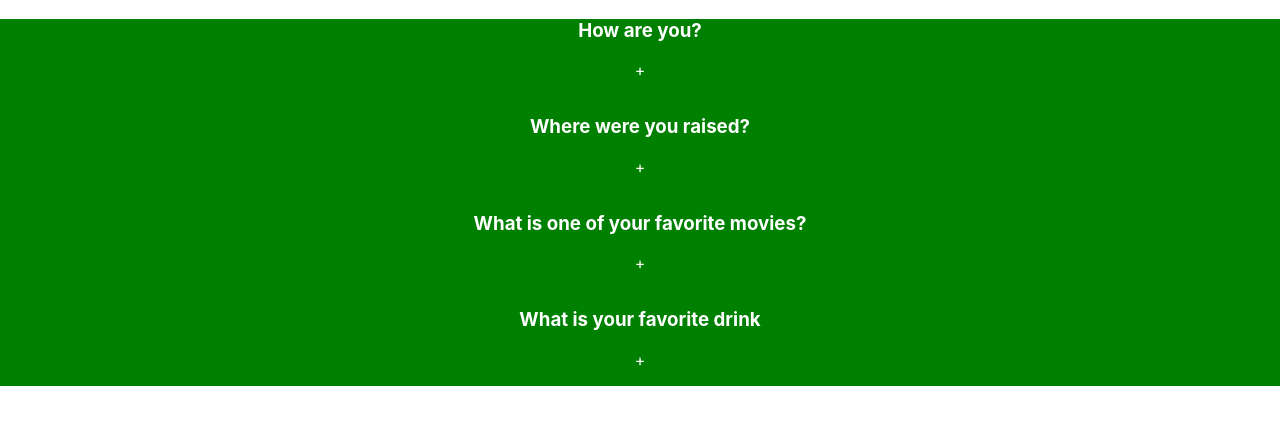
Repository: kosenijr/react-projects
Page: / (app in accordion/)
An editor plug-in stored every save of this project. The page is shown before and after the next save, followed by the edit.
The browser window is 1280 px wide. The pictures show the whole page.
The project was rebuilt for these pictures with package versions that can differ from the ones it lists, and the page was loaded fresh each time.

Above is the page before, as saved 2024-03-02 22:24:27.

### accordion/src/App.js
import React from "react";
import "./App.css";
import Accordion from "./components/Accordion";

function App() {
  return (
    <div className="App">
      <Accordion />
    </div>
  );
}

export default App;

### accordion/src/components/Accordion.js
import React, { useState } from "react";
import "../styles/Accordion.css";
import data from "../data";

function Accordion() {
  // setting up useState
  const [selected, setSelected] = useState(null);
  // setting up handling
  const handleSingleSelection = (getCurrentId) => {
    console.log(selected, getCurrentId);
    // setSelected(getCurrentId === selected ? null : getCurrentId); // keep add condition for closure
    setSelected(selected !== getCurrentId ? getCurrentId : null)
  };

  return (
    <div className="wrapper">
      {/* single selection accordion */}
      <div className="accordion">
        {data && data.length > 0 ? (
          data.map((dataItem) => (
            <div className="item" key={dataItem.id}>
              {" "}
              {/* always remember to add key */}
              <div
                className="title"
                onClick={() => handleSingleSelection(dataItem.id)}
              >
                <h3>{dataItem.question}</h3>
                <span>+</span>
              </div>
              {selected === dataItem.id ? (
                <div className="content ">{dataItem.answer}</div>
              ) : null}
            </div>
          ))
        ) : (
          <div>No data found!</div>
        )}
      </div>
    </div>
  );
}

export default Accordion;

### accordion/src/styles/Accordion.css
.wrapper {
}
.accordion {
background-color: green;
color: white;
}

.item {
padding-bottom: 1em
}

### accordion/src/data.js
const data = [
  {
    id: 1,
    question: "How are you?",
    answer: "I am well!",
  },

  {
    id: 2,
    question: "Where were you raised?",
    answer: "I was raised in Queens.",
  },

  {
    id: 3,
    question: "What is one of your favorite movies?",
    answer: "Harlem Nights",
  },

  {
    id: 4,
    question: "What is your favorite drink",
    answer: "Water",
  },
];

export default data;

Loaded but not shown: accordion/public/index.html (common file); accordion/src/index.js (common file); accordion/src/index.css (common file); accordion/src/reportWebVitals.js (common file); accordion/src/App.css (common file)

After the next save:
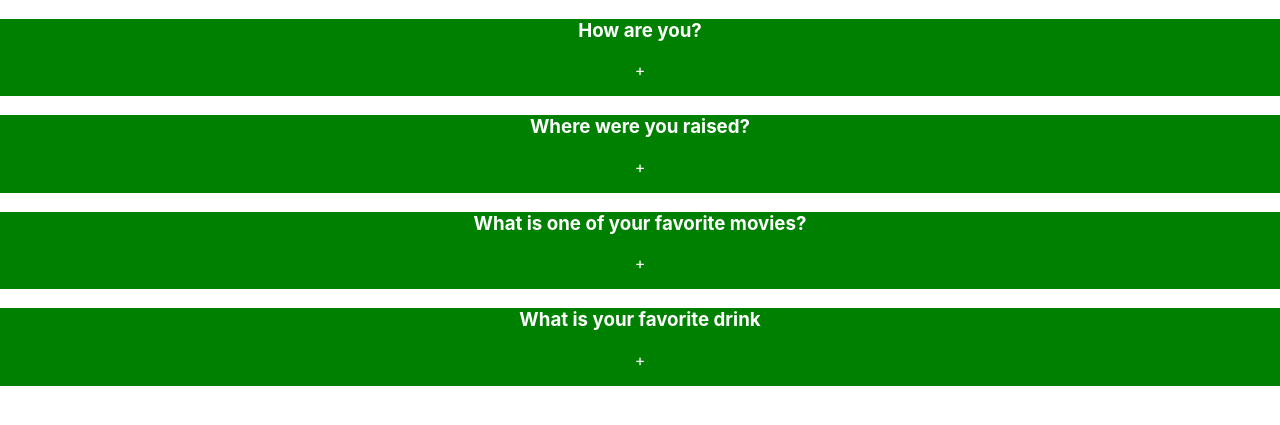
Saved 16 s later.
--- a/accordion/src/styles/Accordion.css
+++ b/accordion/src/styles/Accordion.css
@@ -1,10 +1,10 @@
 .wrapper {
 }
 .accordion {
-background-color: green;
-color: white;
+  color: white;
 }
 
 .item {
-padding-bottom: 1em
+  background-color: green;
+  padding-bottom: 1em;
 }
